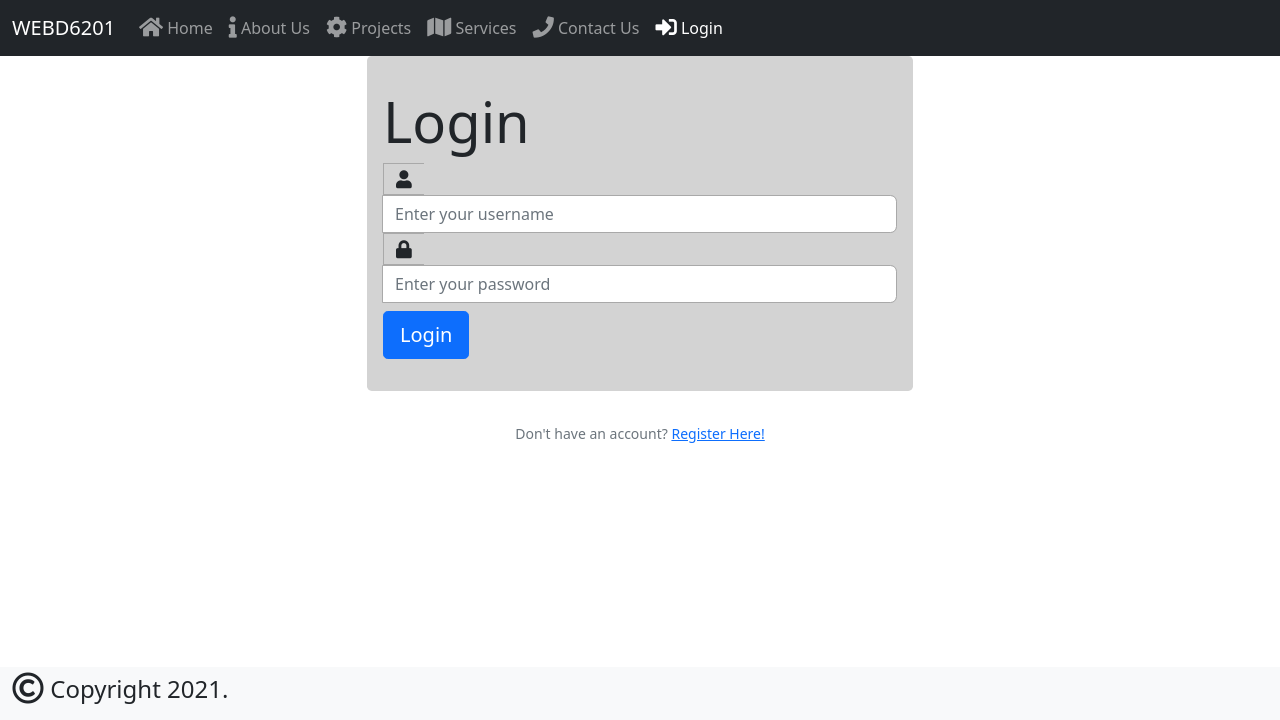
Repository: GarlicButterBoy/WEBD6201-ICE05
Page: login.html
An editor plug-in stored every save of this project. The page is shown before and after the next save, followed by the edit.
The browser window is 1280 px wide. The pictures show the whole page.

Above is the page before, as saved 2021-02-18 08:13:57.

After the next save:
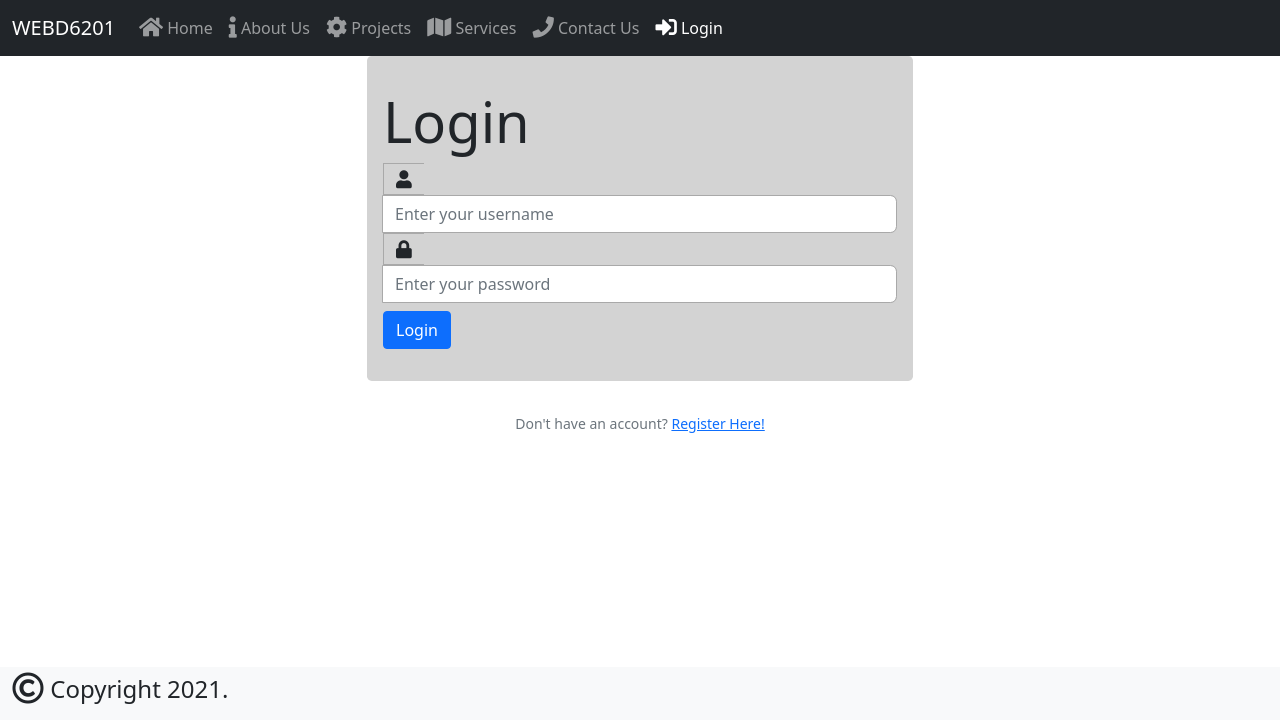
Saved 18 s later.
--- a/login.html
+++ b/login.html
@@ -81,7 +81,7 @@
 
                       </div>
                       <div class="text-right">
-                        <button id="submitButton" type="submit" class="btn btn-primary btn-lg">Login</button>
+                        <button id="submitButton" type="submit" class="btn btn-primary btn-md">Login</button>
                       </div>
                     </form>
 
